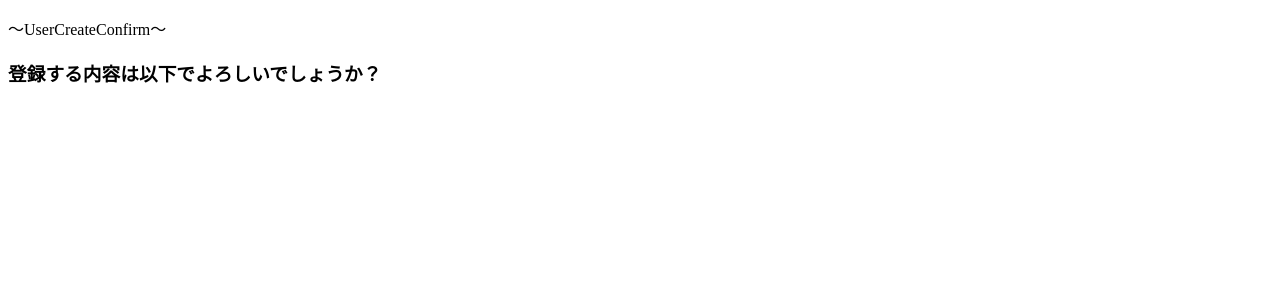
Repository: REDsky96/test
Page: http://localhost/practiceECsite/userCreateConfirm.jsp
The author's editor kept a copy of each file at every save. The page is drawn from the files as they stood at one save, then again after the next save.
The browser window is 1280 px wide. The pictures show the whole page.
The page is served by Tomcat 9. Other server files are loaded and not shown.

Above is the page before, as saved 2018-11-14 07:35:23.

### practiceECsite/WebContent/userCreateConfirm.jsp
<%@ page language="java" contentType="text/html; charset=UTF-8"
    pageEncoding="UTF-8"%>
<%@ taglib prefix = "s" uri = "/struts-tags" %>
<!DOCTYPE html>
<html>
<head>
<meta charset="UTF-8">
<title>確認画面</title>
</head>
<body>
  <p>～UserCreateConfirm～</p>
  <h3>登録する内容は以下でよろしいでしょうか？</h3>
  <s:form action = "UserCreateCompleteAction">

  </s:form>

</body>
</html>

After the next save:
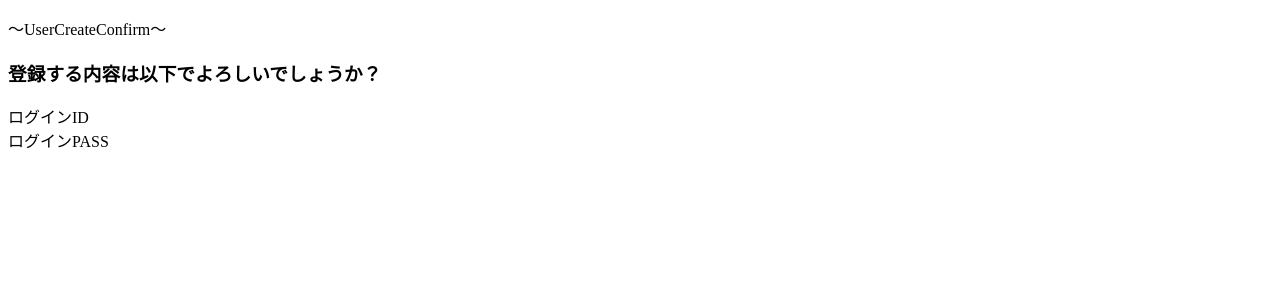
Saved 2 min 20 s later.
--- a/practiceECsite/WebContent/userCreateConfirm.jsp
+++ b/practiceECsite/WebContent/userCreateConfirm.jsp
@@ -11,7 +11,11 @@
   <p>～UserCreateConfirm～</p>
   <h3>登録する内容は以下でよろしいでしょうか？</h3>
   <s:form action = "UserCreateCompleteAction">
-
+    <label>ログインID</label>
+    <s:property value = "loginUserId"/>
+    <br>
+    <label>ログインPASS</label>
+    <s:property value = "loginPassword"/>
   </s:form>
 
 </body>
